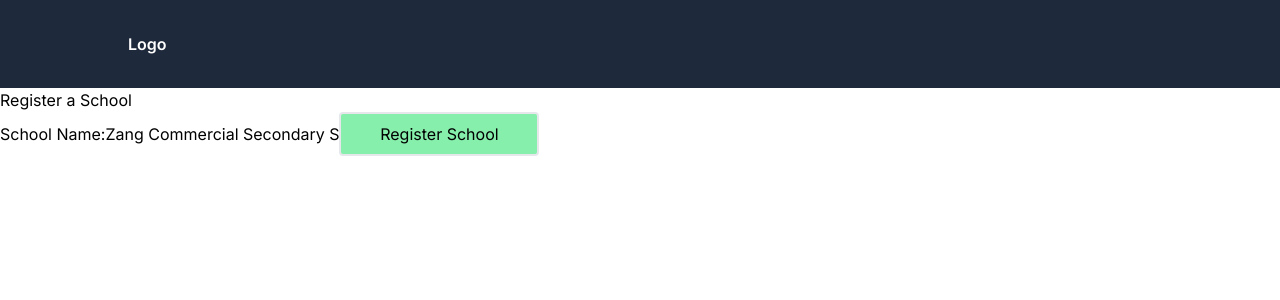
Repository: marcusdashe/fullstack-ts
Page: /school
An editor plug-in stored every save of this project. The page is shown before and after the next save, followed by the edit.
The browser window is 1280 px wide. The pictures show the whole page.
The page's requests for data from a server got no answer. The project was rebuilt for these pictures with package versions that can differ from the ones it lists, and the page was loaded fresh each time. The framework's server and built-in components were replaced by stand-ins that run in the browser. No one was signed in, and anything a server would have sent is missing. Also part of the build but not shown: next.config.js.

Above is the page before, as saved 2023-07-28 12:46:53.

After the next save:
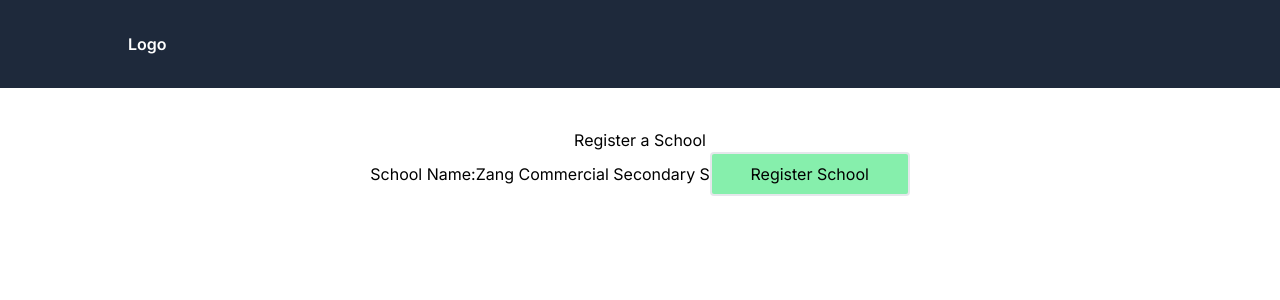
Saved 5 min 37 s later.
--- a/app/school/page.tsx
+++ b/app/school/page.tsx
@@ -36,7 +36,7 @@ const RegisterSchoolPage: React.FC = () => {
   };
 
   return (
-    <div>
+    <div className="container mx-auto py-10 px-4 flex flex-col items-center justify-center">
       <h1>Register a School</h1>
 
       <form onSubmit={handleSubmit}>
